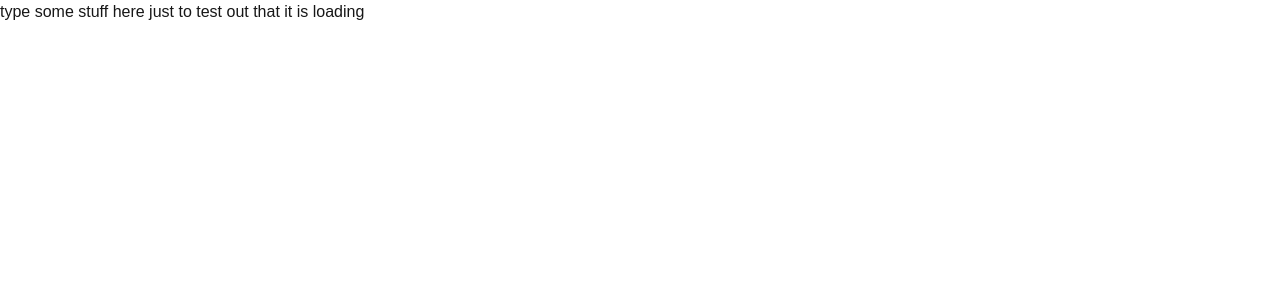
Repository: MonicaNguyenH/MDIA3126
Page: / (app in midterm-prep/)
The author's editor kept a copy of each file at every save. The page is drawn from the files as they stood at one save, then again after the next save.
The browser window is 1280 px wide. The pictures show the whole page.
The project was rebuilt for these pictures with package versions that can differ from the ones it lists, and the page was loaded fresh each time. The framework's server and built-in components were replaced by stand-ins that run in the browser. Also part of the build but not shown: midterm-prep/next.config.mjs.

Above is the page before, as saved 2024-10-29 13:59:13.

### midterm-prep/src/app/page.js
import Image from "next/image";

export default function Home() {
  return (
    <div className="m-30">
      type some stuff here just to test out that it is loading
    </div>
  );
}

Loaded but not shown: midterm-prep/src/app/layout.js (common file); midterm-prep/src/app/globals.css (common file); midterm-prep/tailwind.config.js (common file)

After the next save:
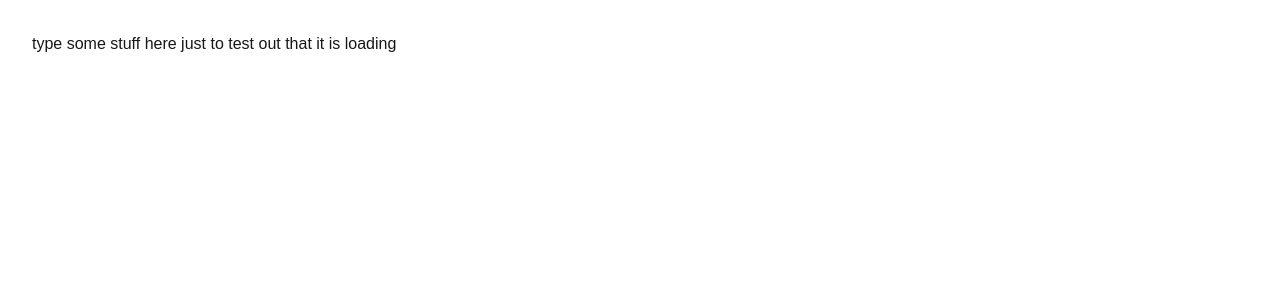
Saved 10 s later.
--- a/midterm-prep/src/app/page.js
+++ b/midterm-prep/src/app/page.js
@@ -2,7 +2,7 @@ import Image from "next/image";
 
 export default function Home() {
   return (
-    <div className="m-30">
+    <div className="m-8">
       type some stuff here just to test out that it is loading
     </div>
   );
